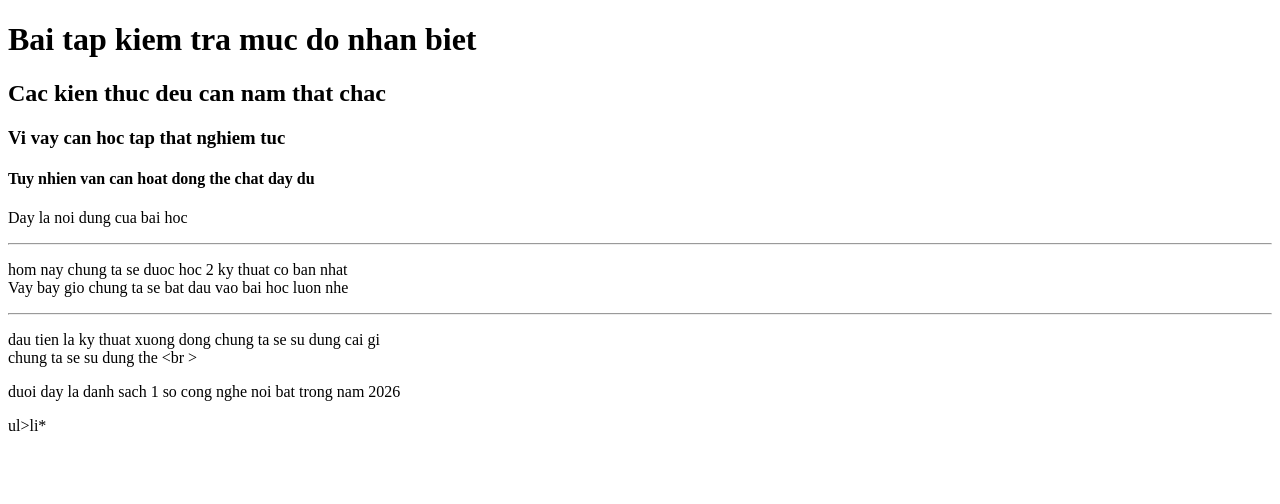
Repository: bachphamudu/my-tech-docs
Page: index.html
These files come from the project's save history. The page is drawn as it stood at one moment and after a run of saves; the edit follows.
The browser window is 1280 px wide. The pictures show the whole page.

Above is the page before, as saved 2026-10-17 09:14:10.

After the next 4 saves:
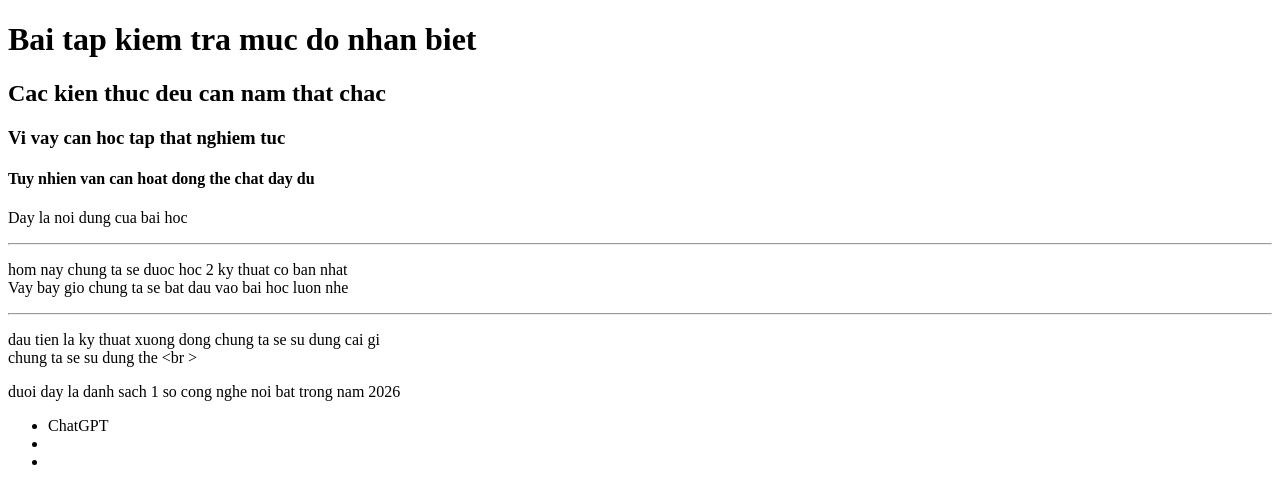
The 4 saves are shown as one change because they came seconds apart.
The last was saved 18 s later.
--- a/index.html
+++ b/index.html
@@ -18,6 +18,10 @@
     <p>dau tien la ky thuat xuong dong chung ta se su dung cai gi <br>
     chung ta se su dung the &lt;br	&gt;</p>
     <p>duoi day la danh sach 1 so cong nghe noi bat trong nam 2026</p>
-    ul>li*
+    <ul>
+        <li>ChatGPT</li>
+        <li></li>
+        <li></li>
+    </ul>
 </body>
 </html>
